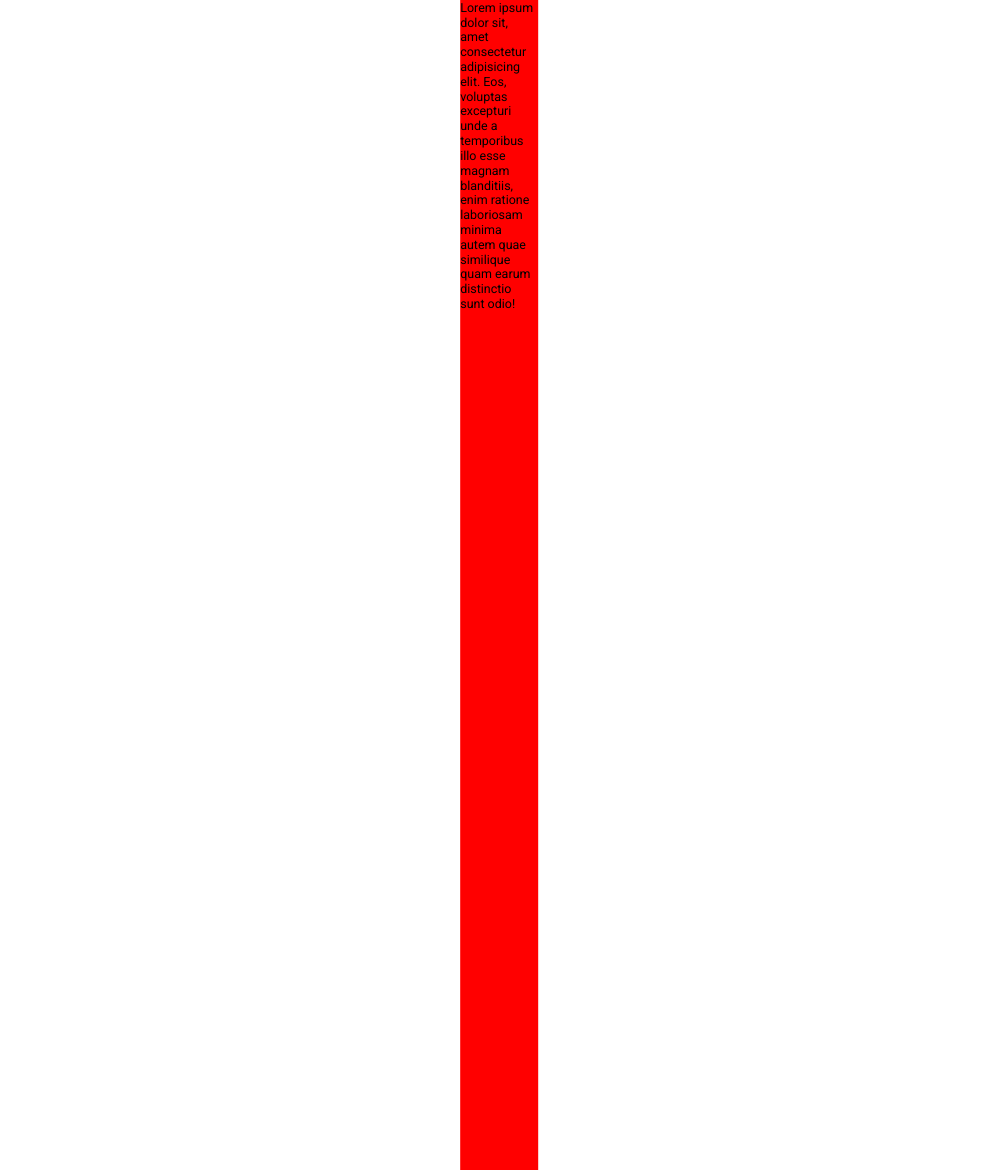
Repository: AmelYahyaoui/journal
Page: index.html
These files come from the project's save history. The page is drawn as it stood at one moment and after the next save; the edit follows.
The browser window is 1280 px wide. The pictures show the whole page, at 78% of full size.
Some web libraries are served in a nearby version.

Above is the page before, as saved 2024-10-08 13:13:45.

After the next save:
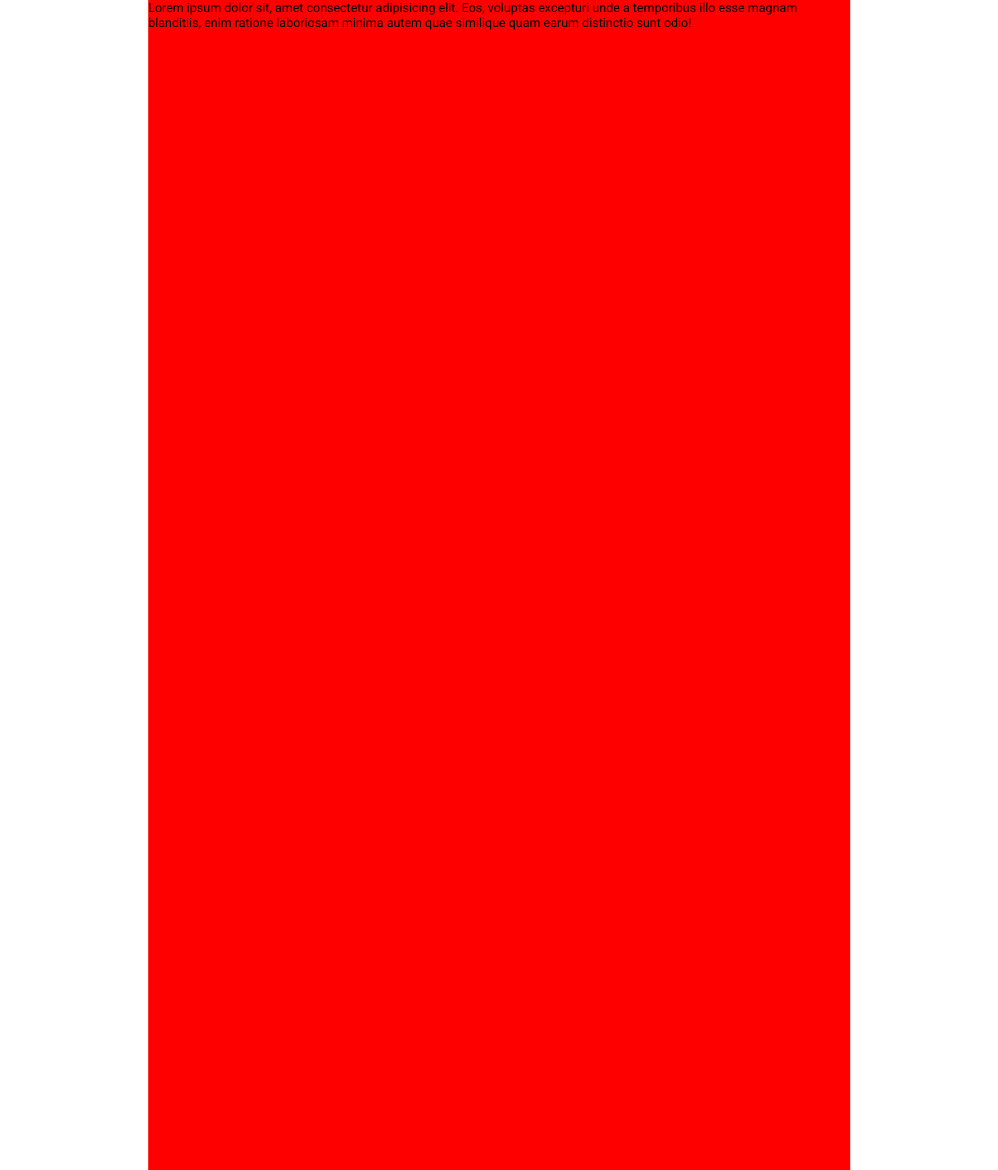
Saved 8 s later.
--- a/css/style.css
+++ b/css/style.css
@@ -51,7 +51,7 @@ ul {
 .container {
   display: block;
   margin: auto;
-  max-width: 100px;
+  max-width: 900px;
   height: 1500px;
   background-color: red;
 }
